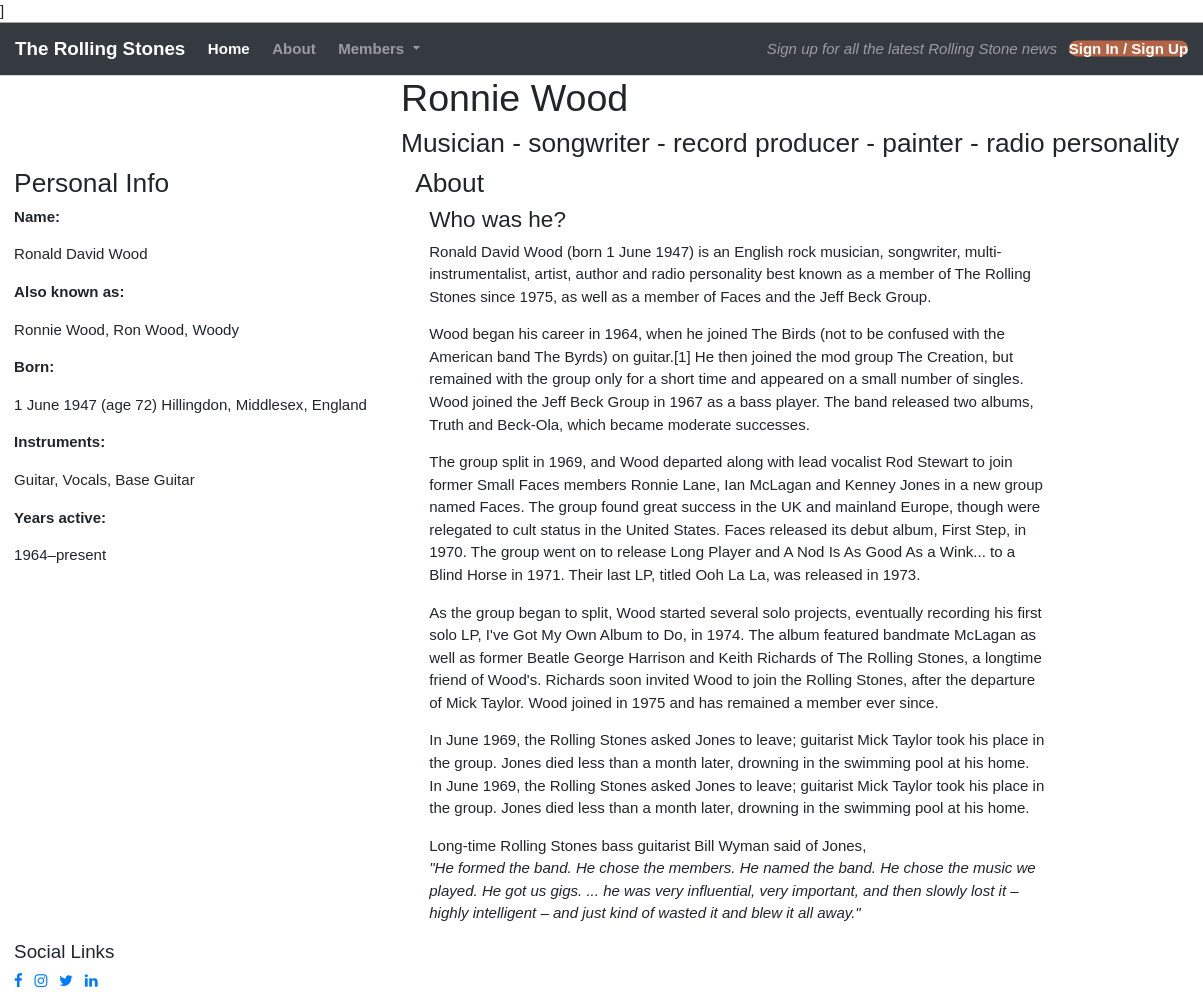
Repository: TecDruid/rolling-stones-fan-site
Page: ronnie-wood.html
The author's editor kept a record of every edit. The page is drawn from the files as they stood at one moment, then again after the next edit.
The browser window is 1280 px wide. The pictures show the whole page, at 94% of full size.
Some web fonts or font styles are not loaded; a fallback is used. Some web libraries are served in a nearby version.

Above is the page before.

### ronnie-wood.html
<!DOCTYPE html>
<html lang="en">

<head>
    <meta charset="utf-8">
    <meta name="viewport" content="width=device-width, initial-scale=1.0">
    <link rel="stylesheet" href="https://maxcdn.bootstrapcdn.com/bootstrap/4.1.3/css/bootstrap.min.css">
    <link rel="stylesheet" href="https://use.fontawesome.com/releases/v5.6.1/css/all.css" integrity="sha384-gfdkjb5BdAXd+lj+gudLWI+BXq4IuLW5IT+brZEZsLFm++aCMlF1V92rMkPaX4PP" crossorigin="anonymous">
    <link rel="stylesheet" href="https://stackpath.bootstrapcdn.com/font-awesome/4.7.0/css/font-awesome.min.css" type="text/css" />
    <link href="https://fonts.googleapis.com/css?family=Stylish" rel="stylesheet">
    <link rel="stylesheet" href="css/style.css" type="text/css" />
    <title>Ronnie Wood</title>
</head>

<body>

    <!----------------------------------------Nav--------------------------------------------->]


    <div class="nav-container"></div>
    <nav class="navbar navbar-dark navbar-expand-sm bg-dark">
        <a href="/" class="navbar-brand">
                    The Rolling Stones</a>

        <button class="navbar-toggler ml-auto" type="button" data-toggle="collapse" data-target="#navbarNavDropdown" aria-controls="navbarNavDropdown" aria-expanded="false" aria-label="Toggle navigation">
        <span class="navbar-toggler-icon"></span></button>

        <div class="collapse navbar-collapse" id="navbarNavDropdown">
            <ul class="navbar-nav mr-auto">
                <li class="active nav-item mr-2"><a class="nav-link" href="/">Home</a></li>
                <li class="nav-item mr-2"><a class="nav-link" href="">About</a></li>
                <li class="nav-item dropdown">
                    <a class="nav-link dropdown-toggle" href="#" id="navbarDropdownMenuLink" role="button" data-toggle="dropdown" aria-haspopup="true" aria-expanded="false">
          Members
        </a>
                    <div class="dropdown-menu" aria-labelledby="navbarDropdownMenuLink">
                        <a class="dropdown-item" href="members/brian-jones.html">Brian Jones</a>
                        <a class="dropdown-item" href="members/mick-jagger.html">Mick Jagger</a>
                        <a class="dropdown-item" href="members/keith-richards.html">Keith Richards</a>
                        <a class="dropdown-item" href="members/bill-wyman.html">Bill Wyman</a>
                        <a class="dropdown-item" href="members/charlie-watts.html">Charlie Watts</a>
                        <a class="dropdown-item" href="members/ronnie-wood.html">Ronnie Wood</a>
                        <a class="dropdown-item" href="members/ian-stewart.html">Ian Stewart</a>
                        <a class="dropdown-item" href="members/mike-taylor.html">Mick Taylor</a>
                    </div>
                </li>

                <li class="nav-item mr-2 d-block d-sm-none"><a class="nav-link" href="">Sign In / Sign Up</a></li>
            </ul>
        </div>
        <div class="d-none d-md-block">
            <p class="navbar-text my-auto mr-2"><i>Sign up for all the latest Rolling Stone news</i></p>
            <a href="/login " class="btn--cta btn--brown">Sign In / Sign Up</a>
        </div>
    </nav>

    <!-- -------------------------- The Header ---------------------------- -->

    <header>
        <div class="row no-gutters">
            <a class="col-md-4 logo" href="index.html"></a>
            <div class="col-md-8">
                <div class="row no-gutters bg-color-name-title">
                    <div class="col heading">
                        <h1 class="name">Ronnie Wood</h1>
                        <h3 class="title"> Musician - songwriter - record producer - painter - radio personality</h3>
                    </div>
                </div>
            </div>
        </div>
    </header>

    <!-- -------------------------- The Section ---------------------------- -->

    <section class="container-fluid">
        <div class="row">
            <div class="col-md-4 bg-colour-personal-info section-column">
                <div class="row">
                    <div class="col-12">
                        <h3 class="section-heading uppercase">Personal Info</h3>
                    </div>
                </div>
                <div class="personal-info-item">
                    <div class="key">
                        <p class="uppercase">
                            <strong>Name:</strong>
                        </p>
                    </div>
                    <div class="value">
                        <p>
                            Ronald David Wood
                        </p>
                    </div>
                </div>
                <div class="personal-info-item">
                    <div class="key">
                        <p class="uppercase">
                            <strong>Also known as:</strong>
                        </p>
                    </div>
                    <div class="value">
                        <p>
                            Ronnie Wood, Ron Wood, Woody
                        </p>
                    </div>
                </div>
                <div class="personal-info-item">
                    <div class="key">
                        <p class="uppercase">
                            <strong>Born:</strong>
                        </p>
                    </div>
                    <div class="value">
                        <p>
                            1 June 1947 (age 72) Hillingdon, Middlesex, England
                        </p>
                    </div>
                </div>
                <div class="personal-info-item">
                    <div class="key">
                        <p class="uppercase">
                            <strong>Instruments:</strong>
                        </p>
                    </div>
                    <div class="value">
                        <p>
                            Guitar, Vocals, Base Guitar
                        </p>
                    </div>
                </div>
                <div class="personal-info-item">
                    <div class="key">
                        <p class="uppercase">
                            <strong> Years active:</strong>
                        </p>
                    </div>
                    <div class="value">
                        <p>
                            1964–present
                        </p>
                    </div>
                </div>
            </div>

            <div class="col-md-8 bg-colour-three-reasons section-column">
                <div class="row">
                    <div class="col">
                        <h3 class="section-heading uppercase">About</h3>
                    </div>
                </div>
                <!-- <div class="row">
                    <div class="col-10 offset-1 offset-sm-0 col-sm-4 col-md-6">
                        <div class="row">
                            <div class="col-2">
                                <i class="three-reasons-icon fa fa-question" aria-hidden="true"></i>
                            </div> -->
                <div class="col-10">
                    <h4 class="three-reasons-heading uppercase">Who was he?</h4>
                    <p>
                        Ronald David Wood (born 1 June 1947) is an English rock musician, songwriter, multi-instrumentalist, artist, author and radio personality best known as a member of The Rolling Stones since 1975, as well as a member of Faces and the Jeff Beck Group.
                    </p>

                    <p>
                        Wood began his career in 1964, when he joined The Birds (not to be confused with the American band The Byrds) on guitar.[1] He then joined the mod group The Creation, but remained with the group only for a short time and appeared on a small number of
                        singles. Wood joined the Jeff Beck Group in 1967 as a bass player. The band released two albums, Truth and Beck-Ola, which became moderate successes.
                    </p>
                    <p>
                        The group split in 1969, and Wood departed along with lead vocalist Rod Stewart to join former Small Faces members Ronnie Lane, Ian McLagan and Kenney Jones in a new group named Faces. The group found great success in the UK and mainland Europe, though
                        were relegated to cult status in the United States. Faces released its debut album, First Step, in 1970. The group went on to release Long Player and A Nod Is As Good As a Wink... to a Blind Horse in 1971. Their last LP, titled
                        Ooh La La, was released in 1973.
                    </p>
                    <p>
                        As the group began to split, Wood started several solo projects, eventually recording his first solo LP, I've Got My Own Album to Do, in 1974. The album featured bandmate McLagan as well as former Beatle George Harrison and Keith Richards of The Rolling
                        Stones, a longtime friend of Wood's. Richards soon invited Wood to join the Rolling Stones, after the departure of Mick Taylor. Wood joined in 1975 and has remained a member ever since.
                    </p>
                    <p>
                        In June 1969, the Rolling Stones asked Jones to leave; guitarist Mick Taylor took his place in the group. Jones died less than a month later, drowning in the swimming pool at his home. In June 1969, the Rolling Stones asked Jones to leave; guitarist Mick
                        Taylor took his place in the group. Jones died less than a month later, drowning in the swimming pool at his home.
                    </p>
                    <p>Long-time Rolling Stones bass guitarist Bill Wyman said of Jones, <br/><i>"He formed the band. He chose the members. He named the band. He chose the music we played. He got us gigs. ... he was very influential, very important, and then slowly
                        lost it – highly intelligent – and just kind of wasted it and blew it all away."</i>
                    </p>
                </div>
            </div>
        </div>

        </div>
        </div>
        </div>

    </section>

    <!-- -------------------------- The Footer ---------------------------- -->

    <footer class="container-fluid">
        <div id="footer-details" class="row">
            <div class="col-sm-4">
                <h5 class="uppercase general-sub">Social Links</h5>

                <ul class="list-inline social-links">
                    <li class="list-inline-item">
                        <a target="_blank" href="#">
                            <i class="fa fa-facebook" aria-hidden="true"></i>
                            <span class="sr-only">Facebook</span>
                        </a>
                    </li>
                    <li class="list-inline-item">
                        <a target="_blank" href="#">
                            <i class="fa fa-instagram" aria-hidden="true"></i>
                            <span class="sr-only">Instagram</span>
                            </a>
                    </li>

                    <li class="list-inline-item">
                        <a target="_blank" href="#">
                            <i class="fa fa-twitter" aria-hidden="true"></i>
                            <span class="sr-only">Twitter</span>
                            </a>
                    </li>
                    <li class="list-inline-item">
                        <a target="_blank" href="#">
                            <i class="fa fa-linkedin" aria-hidden="true"></i>
                            <span class="sr-only">LinkedIn</span>
                        </a>
                    </li>
                </ul>

            </div>
        </div>
    </footer>
</body>

</html>

### css/style.css
body {
    font-family: 'Stylish', sans-serif;
}

/* Containers */

.nav-container {
    position: absolute;
    top: 0;
    right: 0;
    margin-left: 0;
    margin-right: 0;
    z-index: 1;

}

.navbar {
    margin-bottom: 0;
    border-width: 0;
    background-color: rgba (0, 0, 0, 0.25);
}

.navbar .navbar-brand {
    font-weight: bold;
}

.navbar .navbar-nav a {
    font-weight: bold;
}

.navbar-toggler {
    border-width: 0;
}

.alert-warning {
    padding-left: 10;
    padding-right: 0;
    color: #fff;
    background-color: #c9572b;
}

.alert {
    margin-bottom: 0;
    border-width: 0;
    border-radius: 0;
}

.callout-container {
    height: 100vh;

    background: url('../img/the-rolling-stones-bg.jpg') no-repeat bottom right fixed;
    -webkit-background-size: cover;
    -moz-background-size: cover;
    -o-background-size: cover;
    background-size: cover;

    display: flex;
    align-items: center;
    justify-content: center;

    position: relative;
}

.opaque-overlay {
    position: absolute;
    top: 0;
    left: 0;
    height: 100%;
    width: 100%;
    background-color: rgba(0, 0, 0, 0.5);
}

.quotes-container {}

.features-container {
    background-color: #c9572b;
}

/* Block dividers */

.block-divider {
    width: 175px;
    height: 5px;
    border: 0;
    background-color: #444;
}

.block-divider--orange {
    background-color: #f88f10;
}

.block-divider--short {
    width: 35px;
}

/* Jumbotron */

.jumbotron {
    background-color: transparent;
}

.jumbotron h1 {
    color: white;
    font-weight: bold;
    margin-bottom: 30px;
    color: white;
}

.jumbotron .lead {
    color: #a7a7a7;
    margin: 25px 0;
}

.jumbotron small {
    font-size: 60%;
    font-style: italic;
    color: #d0d0d0;
}

/* Buttons */

.btn--cta {
    font-weight: bold;
    border-radius: 23px;
    width: 160px;
}

.btn--brown {
    color: white;
    background-color: #b36447;
    border-color: #b36447;
}

.btn--brown:hover,
.btn--brown:active,
.btn--brown:focus,
.btn--brown:active:focus {
    background-color: #df4929;
    border-color: #df4929;
    color: white;
}

After the next edit:
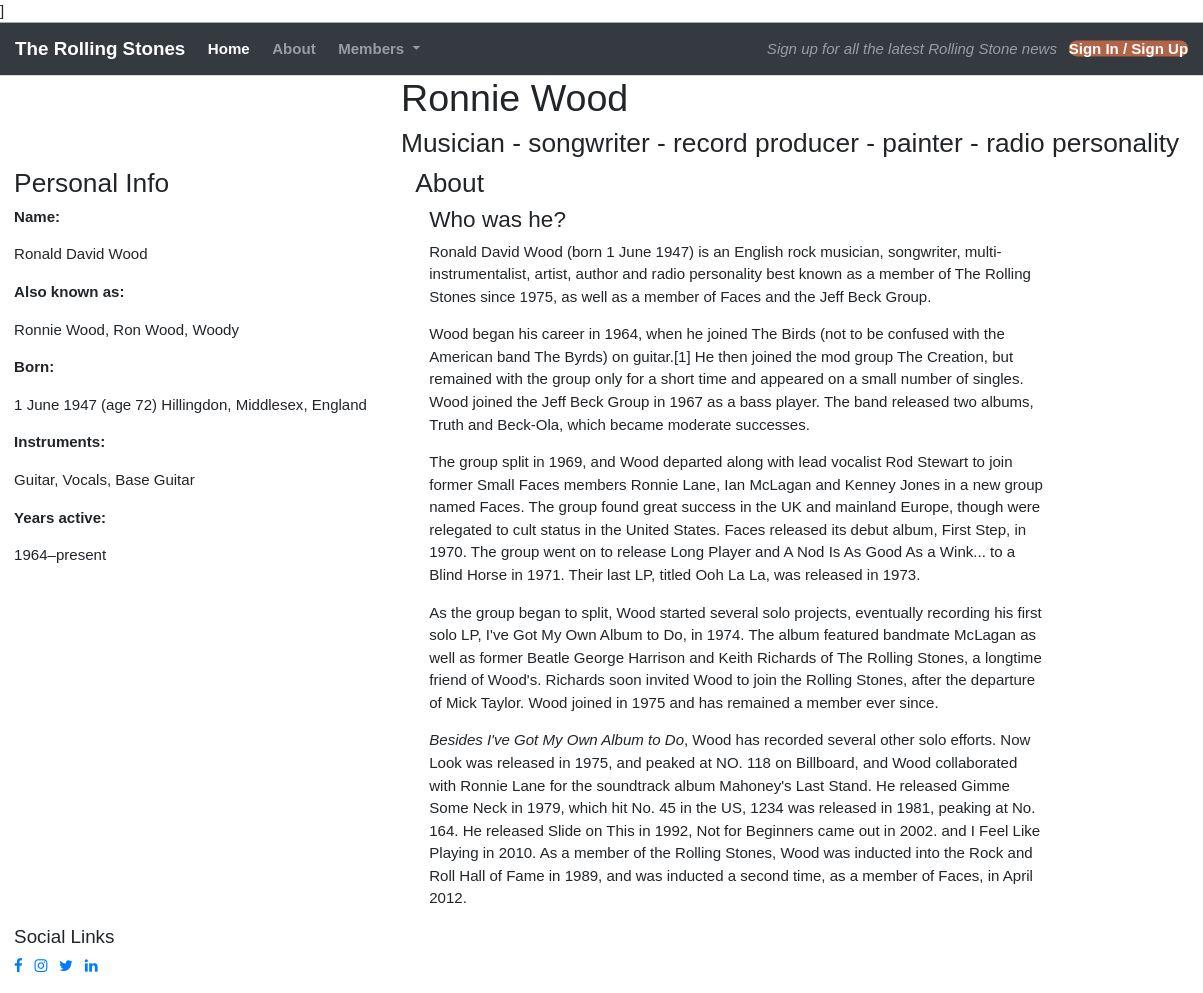
The edit:
--- a/ronnie-wood.html
+++ b/ronnie-wood.html
@@ -174,11 +174,9 @@
                         Stones, a longtime friend of Wood's. Richards soon invited Wood to join the Rolling Stones, after the departure of Mick Taylor. Wood joined in 1975 and has remained a member ever since.
                     </p>
                     <p>
-                        In June 1969, the Rolling Stones asked Jones to leave; guitarist Mick Taylor took his place in the group. Jones died less than a month later, drowning in the swimming pool at his home. In June 1969, the Rolling Stones asked Jones to leave; guitarist Mick
-                        Taylor took his place in the group. Jones died less than a month later, drowning in the swimming pool at his home.
-                    </p>
-                    <p>Long-time Rolling Stones bass guitarist Bill Wyman said of Jones, <br/><i>"He formed the band. He chose the members. He named the band. He chose the music we played. He got us gigs. ... he was very influential, very important, and then slowly
-                        lost it – highly intelligent – and just kind of wasted it and blew it all away."</i>
+                       <i>Besides I've Got My Own Album to Do</i>, Wood has recorded several other solo efforts. Now Look was released in 1975, and peaked at NO. 118 on Billboard, and Wood collaborated with Ronnie Lane for the soundtrack album Mahoney's Last Stand. He released Gimme
+                        Some Neck in 1979, which hit No. 45 in the US, 1234 was released in 1981, peaking at No. 164. He released Slide on This in 1992, Not for Beginners came out in 2002. and I Feel Like Playing in 2010. As a member of the Rolling
+                        Stones, Wood was inducted into the Rock and Roll Hall of Fame in 1989, and was inducted a second time, as a member of Faces, in April 2012.
                     </p>
                 </div>
             </div>
